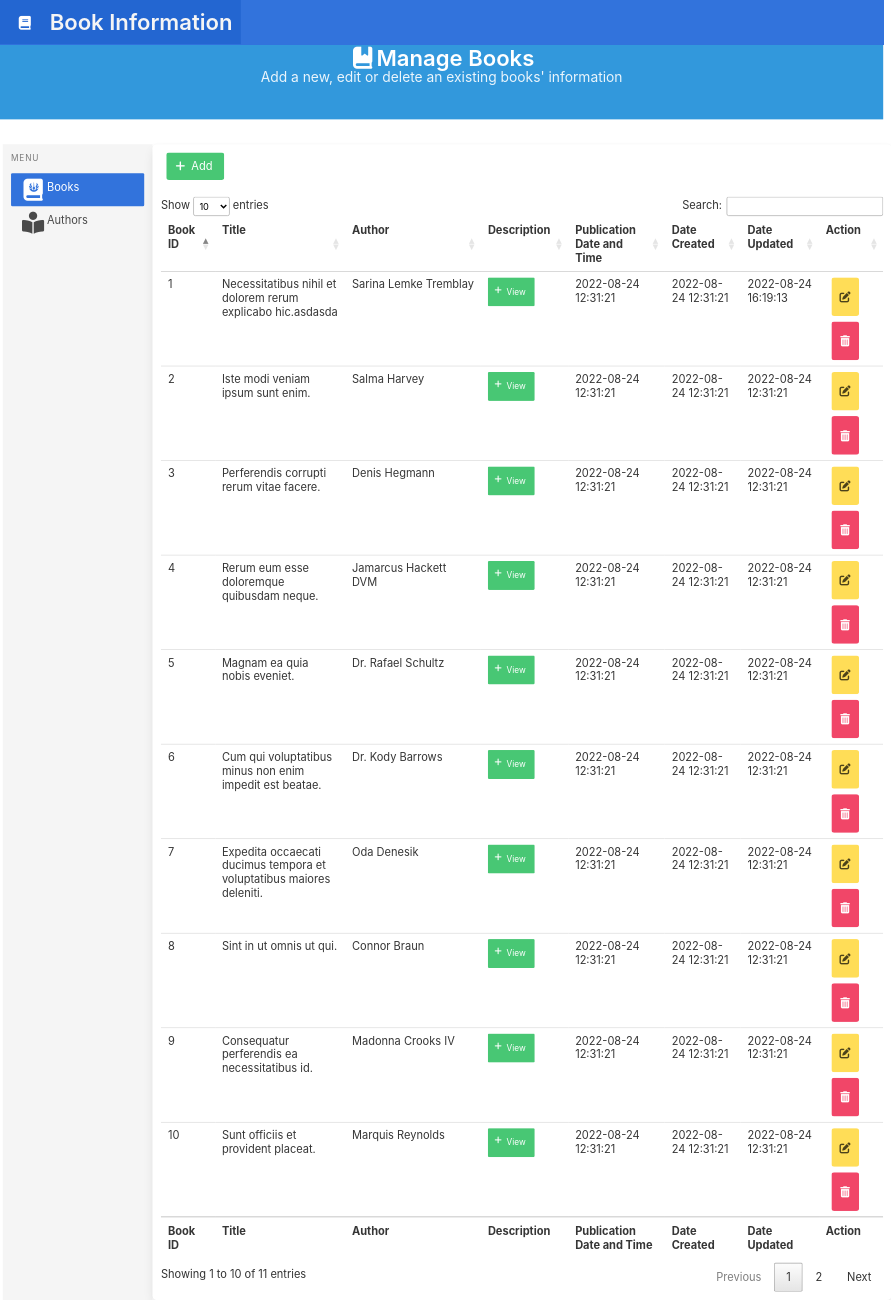
Repository: setsunafjustin00208/books_info_laravel_version
Page: http://localhost/appview/books
The author's editor kept a copy of each file at every save. The page is drawn from the files as they stood at one save, then again after a run of saves.
The browser window is 1280 px wide. The page is 1292 px wide, so the pictures cover 1292 px, including what lies to the right of the window. The pictures show the whole page, at 69% of full size.
The page is served by the project's Laravel application, run on PHP 8.4 with Laravel 9. The database holds what the project's SQL file puts in it.

Above is the page before, as saved 2022-08-26 14:33:05.
Console error: ReferenceError: jQuery is not defined

After the next 2 saves:
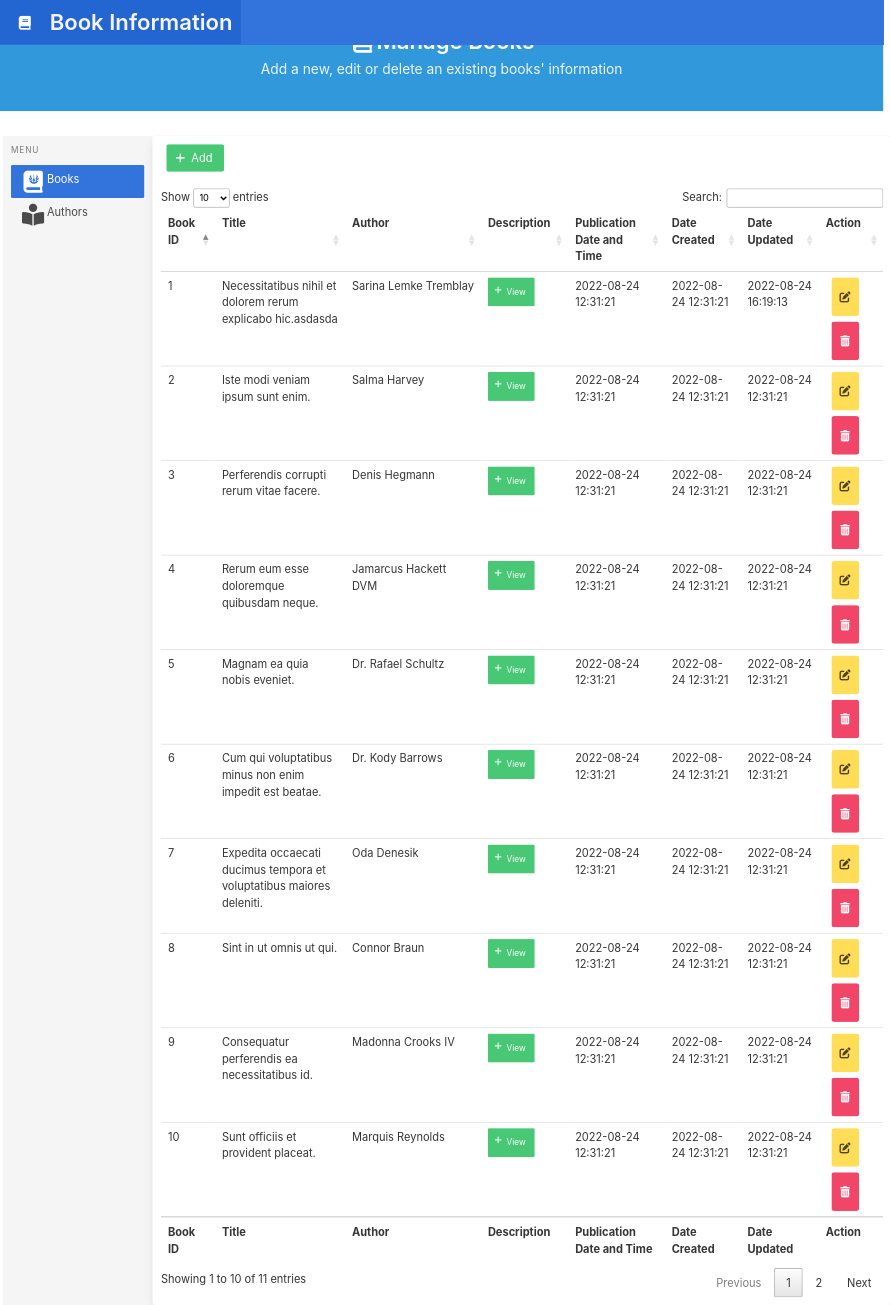
The 2 saves are shown as one change because they came seconds apart.
The last was saved 8 s later.
--- a/resources/views/appviews/books.blade.php
+++ b/resources/views/appviews/books.blade.php
@@ -1,7 +1,7 @@
 @php
 
 
-@
+@endphp
 <x-layout>
     <x-navbar />
         <x-hero>
